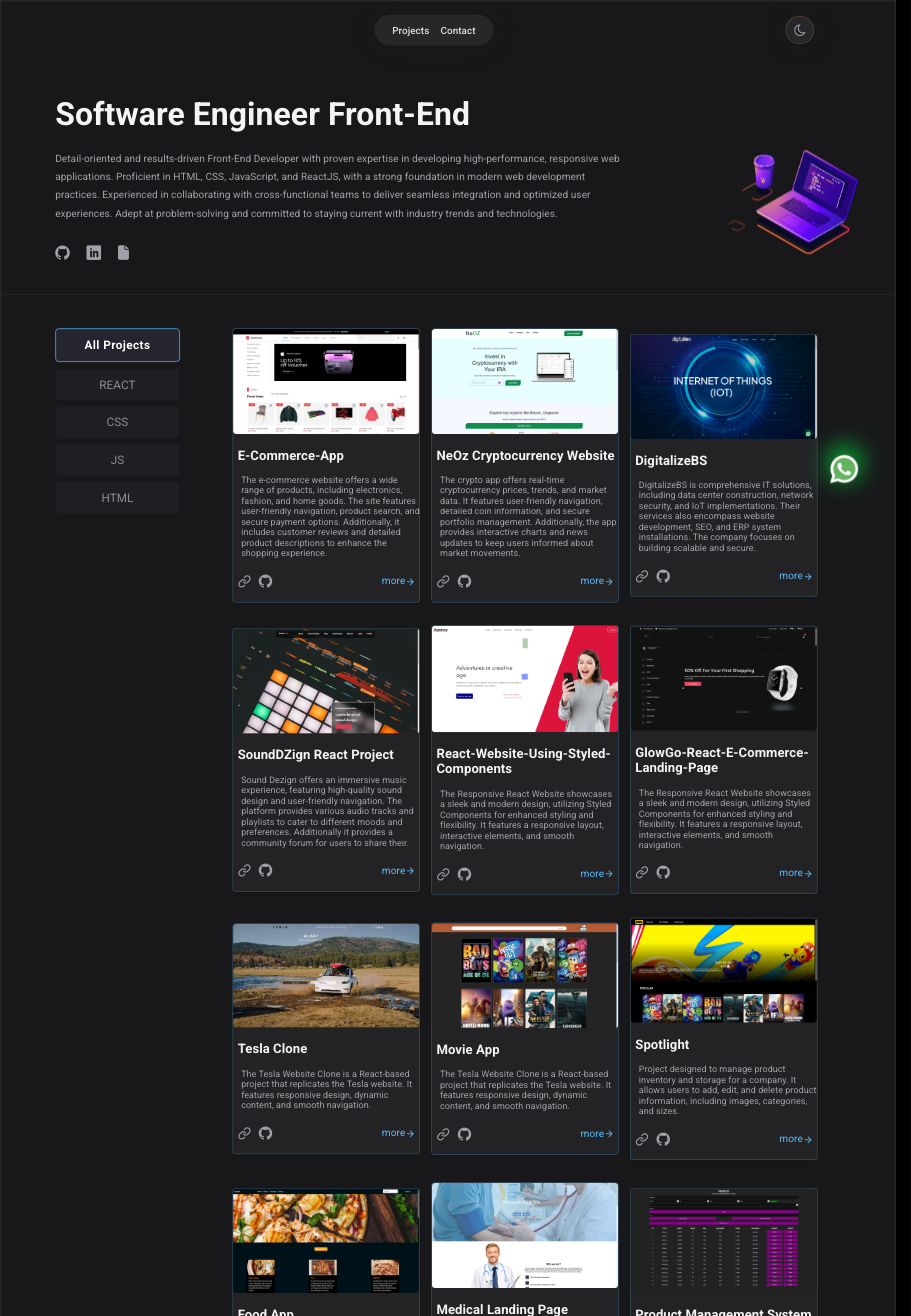
Repository: FadyFathey/portfolio-main
Page: /
These files come from the project's save history. The page is drawn as it stood at one moment and after the next save; the edit follows.
The browser window is 1280 px wide. The page is 1301 px wide, so the pictures cover 1301 px, including what lies to the right of the window. The pictures show the part of the page from y = 0 to 1880 px (the page is 2769 px tall before and 2772 px after), at 70% of full size.
The project was rebuilt for these pictures with package versions that can differ from the ones it lists, and the page was loaded fresh each time. Also part of the build but not shown: vite.config.js.

Above is the page before, as saved 2024-06-27 13:41:45.

### index.html
<!DOCTYPE html>
<html lang="en">

<head>
  <meta charset="UTF-8" />
  <link rel="icon" type="image/svg+xml" href="/me-modified.png" />
  <link rel="stylesheet" href="https://cdnjs.cloudflare.com/ajax/libs/font-awesome/6.5.2/css/all.min.css"
    integrity="sha512-SnH5WK+bZxgPHs44uWIX+LLJAJ9/2PkPKZ5QiAj6Ta86w+fsb2TkcmfRyVX3pBnMFcV7oQPJkl9QevSCWr3W6A=="
    crossorigin="anonymous" referrerpolicy="no-referrer" />
  <meta name="viewport" content="width=device-width, initial-scale=1.0" />
  <title>dev fady</title>
  <link rel="stylesheet" href="/style.css">
</head>

<body>
  <div id="root"></div>
  <script type="module" src="/src/main.jsx"></script>
</body>

</html>

### src/App.jsx
import Hero from "./components/2-hero/Hero";
import Header from "./components/1-header/Header";
import Main from "./components/3-main/Main";
import Contact from "./components/4-contact/Contact";
import Footer from "./components/5-footer/Footer";
import { useEffect, useState } from "react";

function App() {
  useEffect(() => {
    window.addEventListener("scroll", () => {
      if (window.scrollY > 300) {
        setshowScrollBTN(true);
      } else {
        setshowScrollBTN(false);
      }
    });
  }, []);

  const [showScrollBTN, setshowScrollBTN] = useState(false);
  return (
    <div id="up" className="container">
      <Header />
      <a href="https://web.whatsapp.com/send/?phone=201270644733&text&type=phone_number&app_absent=0" id="whatsapp-b"
        target="_blank" rel="noreferrer">
        <img src="../public/images/whatsapp-min.png" className="whats-img" />
      </a>
      <Hero />
      <div className="divider" />
      <Main />
      <div className="divider" />
      <Contact />
      <div className="divider" />
      <Footer />

      <button
        style={{ opacity: showScrollBTN ? 1 : 0, transition: "1s" }}
        className="icon-keyboard_arrow_up scroll2Top"
        onClick={() => window.scrollTo({ top: 0, behavior: 'smooth' })}
      >
        Up
      </button>
    </div>
  );
}

export default App;

### src/components/2-hero/Hero.jsx
import Lottie from "lottie-react";
import "./hero.css";
import devAnimation from "../../animation/dev.json";
import { useRef } from "react";
import { motion } from "framer-motion";

const Hero = () => {
  const lottieRef = useRef();

  return (
    <section className="hero flex">
      <div className="left-section  ">
        {/* <div className="parent-avatar flex">
          <motion.img
            initial={{ transform: "scale(0)" }}
            animate={{ transform: "scale(1.1)" }}
            transition={{ damping: 6, type: "spring", stiffness: 100 }}
            src="./me.jpg"
            className="avatar"
            alt=""
          />
          <div className="icon-verified"></div>
        </div> */}

        <motion.h1
          initial={{ opacity: 0 }}
          animate={{ opacity: 1 }}
          transition={{ duration: 2 }}
          className="title"
        >
          Software Engineer Front-End
        </motion.h1>

        <p className="sub-title">
        Detail-oriented and results-driven Front-End Developer with proven expertise in developing high-performance, responsive web applications. Proficient in HTML, CSS, JavaScript, and ReactJS,
        with a strong foundation in modern web development practices. Experienced in collaborating with cross-functional teams to deliver seamless integration and optimized user experiences.
        Adept at problem-solving and committed to staying current with industry trends and technologies.
        </p>

        <div className="all-icons flex">
        <a target="_blank" href="https://github.com/FadyFathey" rel="noreferrer">
        <div className="icon icon-github"></div></a>
        <a target="_blank" href="https://www.linkedin.com/in/fady-fathey-maher-72918916b/" rel="noreferrer"> <div className="icon icon-linkedin"></div></a>
        <i  className="fa-solid fa-file icon" ></i>
        </div>
      </div>

      <div className="right-section animation ">
        <Lottie
          lottieRef={lottieRef}
          className=""
          onLoadedImages={() => {
            // @ts-ignore
            // https://lottiereact.com/
            lottieRef.current.setSpeed(0.5);
          }}
          animationData={devAnimation}
        />
      </div>
    </section>
  );
};

export default Hero;

### src/components/1-header/Header.jsx
import { useEffect, useState } from "react";
import "./header.css";

const Header = () => {
  const [showModal, setshowModal] = useState(false);
  const [theme, setTheme] = useState(
    localStorage.getItem("currentMode") ?? "dark"
  );

  useEffect(() => {
    if (theme === "light") {
      document.body.classList.remove("dark");
      document.body.classList.add("light");
    } else {
      document.body.classList.remove("light");
      document.body.classList.add("dark");
    }
  }, [theme]);

  return (
    <header className="  flex">
      <button
        onClick={() => {
          setshowModal(true);
        }}
        className="menu icon-menu flex"
      >
        {" "}
      </button>
      <div />

      <nav>
        <ul className="flex">
          <li>
            <a href="#projects">Projects</a>
          </li>
          <li>
            <a href="#contact">Contact</a>
          </li>
        </ul>
      </nav>

      <button
        onClick={() => {
          // Send value to LS
          localStorage.setItem(
            "currentMode",
            theme === "dark" ? "light" : "dark"
          );

          // get value from LS
          setTheme(localStorage.getItem("currentMode"));
        }}
        className="mode flex"
      >
        {theme === "dark" ? (
          <span className="icon-moon-o"> </span>
        ) : (
          <span className="icon-sun"> </span>
        )}
      </button>

      {showModal && (
        <div className="fixed">
          <ul className="modal ">
            <li>
              <button
                className="icon-close"
                onClick={() => {
                  setshowModal(false);
                }}
              />
            </li>
            <li>
              <a href="#contact">Contact</a>
            </li>
            <li>
              <a href="#projects">Projects</a>
            </li>

          </ul>
        </div>
      )}
    </header>
  );
};

export default Header;

### src/components/4-contact/Contact.jsx
import "./contact.css";
import { useState } from "react";
import Lottie from "lottie-react";
import doneAnimation from "../../animation/done.json";
import contactAnimation from "../../animation/contact.json";

const Contact = () => {
  const [email, setEmail] = useState("");
  const [message, setMessage] = useState("");
  const [submitting, setSubmitting] = useState(false);
  const [succeeded, setSucceeded] = useState(false);

  const handleSubmit = (e) => {
    e.preventDefault();
    setSubmitting(true);

    const mailtoLink = `mailto:fadyfathymaher3@gmail.com?subject=Contact%20Form&body=Email:%20${encodeURIComponent(email)}%0AMessage:%20${encodeURIComponent(message)}`;
    window.location.href = mailtoLink;

    setSucceeded(true);
    setSubmitting(false);
  };

  return (
    <section className="contact-us" id="contact">
      <h1 className="title">
        <span className="icon-envelope"> </span>
        Contact Me
      </h1>
      <p className="sub-title">
        Get in touch with me
      </p>

      <div style={{ justifyContent: "space-between" }} className="flex">
        <form onSubmit={handleSubmit} className="">
          <div className="flex">
            <label htmlFor="email">Email Address:</label>
            <input
              autoComplete="off"
              required
              type="email"
              name="email"
              id="email"
              value={email}
              onChange={(e) => setEmail(e.target.value)}
            />
          </div>

          <div className="flex" style={{ marginTop: "24px" }}>
            <label htmlFor="message">Your message:</label>
            <textarea
              required
              name="message"
              id="message"
              value={message}
              onChange={(e) => setMessage(e.target.value)}
            ></textarea>
          </div>

          <button type="submit" disabled={submitting} className="submit">
            {submitting ? "Submitting ..." : "Submit"}
          </button>

          {succeeded && (
            <p
              className="flex"
              style={{ fontSize: "18px", marginTop: "1.7rem" }}
            >
              <Lottie
                loop={false}
                style={{ height: 37 }}
                animationData={doneAnimation}
              />
              Your message has been sent successfully 👌
            </p>
          )}
        </form>
        <div className="animation">
          <Lottie
            className="contact-animation"
            style={{ height: 355 }}
            animationData={contactAnimation}
          />
        </div>
      </div>
    </section>
  );
};

export default Contact;

### src/components/5-footer/Footer.jsx
import React from "react";
import "./footer.css";
const Footer = () => {
  return (
    <footer className="flex">
      <ul className="flex">
        <li>
          <a href="">About</a>
        </li>
        <li>
          <a href="">Projects</a>
        </li>
        <li>
          <a href="">Speaking</a>
        </li>
        <li>
          <a href="">Uses</a>
        </li>
      </ul>

      <p>© 2024 Spencer Sharp. All rights reserved.</p>
    </footer>
  );
};

export default Footer;

### src/components/2-hero/hero.css
/* ===========================
 table of contents
==============================
1. Left Section
2. Right Section ==> animation*/

section.hero {
  margin-top: 3rem;
}

/* ========================
    1. Left Section
=========================== */
section.hero .parent-avatar.flex {
  align-items: end;
  gap: 0.6rem;
  min-height: 88px;
}

section.hero .left-section {
  flex-grow: 1;
}

section.hero .icon-verified {
  color: var(--blue);
  font-size: 1.1rem;
  margin-bottom: 0.3rem;
}

section.hero .avatar {
  width: 88px;

  border-radius: 50%;
  border: 1px solid darkorange;
  padding: 1px;
  box-shadow: 2px 2px 40px rgba(203, 200, 200, 0.586) inset;
}

section.hero h1.title {
  font-size: 2.85rem;
  line-height: 3.3rem;
  margin: 24px 0;
  color: var(--title);
}

section.hero p.sub-title {
  color: var(--subtitle);
  font-size: 0.9rem;
  line-height: 1.65rem;
  margin-bottom: 32px;
}

section.hero .all-icons {
  font-size: 1.3rem;
  gap: 1.5rem;
  color: var(--subtitle);
}

section.hero .all-icons .icon:hover {
  font-size: 1.4rem;
  transition: 0.3s;
  cursor: pointer;
  color: var(--icon-hover);
}

/* ===================================
    2. Right Section ==> animation
====================================== */
section.hero .animation {
  width: 100%;
  translate: 100px 55px;
}

@media (max-width: 1250px) {
  section.hero .animation {
    display: none;
  }
}

### src/components/1-header/header.css
/* ===========================
 table of contents
==============================
1. Header Design
2. Button & icon
3- Modal == pop up
4- Responsive Design (media query)*/

/* ========================
    1. Header Design
=========================== */
header.flex {
  justify-content: space-between;
  padding: 0 2.4rem;
  margin-top: 1.2rem;
}

header.flex nav {
  background-color: var(--bgHeader);
  padding: 0.77rem 1.6rem;
  border-radius: 55px;
  box-shadow: 1px 1px 40px #2323242a;
}

header ul.flex {
  gap: 16px;
}

header ul li a {
  color: var(--title);
  opacity: 0.9;
  font-size: 0.88rem;
  font-weight: 500;
}

header ul li a:hover {
  color: var(--blue);
  opacity: 1;
  font-size: 0.9rem;
}

header button {
  font-size: 1.2rem;
}

header button.menu {
  display: none;
}

/* ========================
    2. Button & icon
=========================== */
header .icon-menu,
header button.mode {
  background-color: var(--bgHeader);
  height: 2.4rem;
  width: 2.4rem;
  border-radius: 50%;

  justify-content: center;
  text-align: center;

  color: var(--subtitle);
  border: 1px solid rgba(244, 165, 96, 0.249);
  transition: 0.2s;
  box-shadow: 1px 1px 40px rgba(35, 35, 36, 0.165);
}

header .icon-sun {
  color: rgb(255, 165, 0);
}

header .icon-menu:hover,
header button.mode:hover {
  color: var(--title);
  border: 1px solid rgb(244, 165, 96);
}

header .icon-close {
  font-size: 1.5rem;
  color: var(--subtitle);
  transition: 0.3s;
}

header .icon-close:hover {
  font-size: 1.7rem;
  color: crimson;
  rotate: 180deg;
}

/* ========================
    3- Modal == pop up
=========================== */
header .fixed {
  position: fixed;
  inset: 0;
  z-index: 11;
  background-color: rgba(40, 40, 48, 0.91);

  /* filter: blur(8px); */
  backdrop-filter: blur(4px);
}

@keyframes mymove {
  0% {
    scale: 0;
  }

  60% {
    scale: 1.2;
  }

  100% {
    scale: 1;
  }
}

header .fixed ul.modal {
  animation: mymove 0.77s 1;
  width: 75%;
margin-inline: auto;


  margin-top: 2rem;
  border-radius: 1rem;
  padding: 1rem 2rem;
  background-color: var(--secondary);
}

header .fixed ul.modal li {
  border-bottom: 1px solid var(--border);
  padding-bottom: 0.77rem;
  padding-top: 0.5rem;
}

header .fixed ul.modal li:first-child {
  text-align: right;
  border: none;
  padding-bottom: 0;
  padding-top: 0.2rem;
  margin-bottom: -1rem;
}

header .fixed ul.modal li:last-child {
  border: none;
}

header .fixed ul.modal li a {
  font-size: 1rem;
}

/* =====================================
  4- Responsive Design (media query)
======================================== */
@media (width < 700px) {
  header.flex nav {
    display: none;
  }

  header button.menu {
    display: block;
  }
}

### src/components/4-contact/contact.css
section.contact-us .icon-envelope {
  color: var(--subtitle);
  margin-right: 1rem;
  font-size: 1.8rem;
}

section.contact-us .title {
  font-size: 2.1rem;
  color: var(--title);
  margin-bottom: 1rem;
}

section.contact-us .sub-title {
  color: var(--subtitle);
  margin-bottom: 2rem;
  line-height: 1.65rem;
}

section.contact-us label {
  color: var(--subtitle);
}

section.contact-us #email,
section.contact-us #message {
  all: unset;
  background-color: rgba(63, 63, 70, 0.15);
  border: 1px solid rgb(63 63 70);
  width: 16rem;
  padding: 0.5rem 1rem;
  margin-left: 1rem;
  border-radius: 5px;
  transition: 0.3s;
  font-size: 1.1rem;
}

.light section.contact-us #email,
.light section.contact-us #message {
  background-color: rgba(255, 255, 255, 0.162);
  border: 1px solid rgba(128, 128, 128, 0.451);
  box-shadow: 1px 1px 1px rgba(73, 73, 75, 0.105);
  color: #232324;
}

section.contact-us #email:focus,
section.contact-us #message:focus,
section.contact-us #email:hover,
section.contact-us #message:hover {
  border: 1px solid rgb(45 212 191);
}

.light section.contact-us #email:focus,
.light section.contact-us #message:focus,
.light section.contact-us #email:hover,
.light section.contact-us #message:hover {
  border: 1px solid rgb(78, 80, 80);
}



section.contact-us #message {
  min-height: 9rem;
  resize: vertical;
}

section.contact-us .submit {
  background-color: rgba(36, 37, 46, 1);

  padding: 0.75rem 2rem;
  text-align: center;
  font-size: 1.05rem;
  text-transform: capitalize;

  border-radius: 5px;
  transition: 0.3s;
  margin-top: 1.8rem;
  border: 1px solid rgb(63 63 70);
}

section.contact-us .submit:hover {
  scale: 0.97;
}

/* =====================================
  3- Responsive Design (media query)
======================================== */


@media (max-width: 1250px) {
  section.contact-us  .contact-animation{display: none;}

}


@media (max-width: 600px) {
  section.contact-us .animation {
    display: none;
  }

  section.contact-us form {
    display: flex;
    flex-direction: column;
    width: 85%;
  }

  section.contact-us form div.flex {
    flex-direction: column;
    align-items: start;
  }

  section.contact-us #email,
  section.contact-us #message {
    width: 100%;
    margin-left: 0;
    padding: 0.7rem 0;
    margin-top: 1rem;
  }

  section.contact-us .submit {
    width: 30%;
    align-self: center;
  }
}

### src/components/5-footer/footer.css



footer.flex{
justify-content: space-between;
  padding-bottom: 1.9rem;
}

footer.flex ul{
  gap: 1rem;
}


footer.flex ul a{
  color: var(--subtitle);
  font-size: 0.9rem;
  font-weight: 400;
}


footer.flex ul a:hover{
  color: var(--blue);
  font-size: 1rem;
  font-weight: 500;
}


footer.flex p{
  color: rgb(113 113 122);
}




@media (max-width: 800px) {

  footer.flex{
    flex-direction: column;
    gap: 2rem;
    }



}

### public/style.css
@font-face {
  font-family: 'icomoon';
  src:  url('fonts/icomoon.eot?z3j4ry');
  src:  url('fonts/icomoon.eot?z3j4ry#iefix') format('embedded-opentype'),
    url('fonts/icomoon.ttf?z3j4ry') format('truetype'),
    url('fonts/icomoon.woff?z3j4ry') format('woff'),
    url('fonts/icomoon.svg?z3j4ry#icomoon') format('svg');
  font-weight: normal;
  font-style: normal;
  font-display: block;
}

[class^="icon-"], [class*=" icon-"] {
  /* use !important to prevent issues with browser extensions that change fonts */
  font-family: 'icomoon' !important;
  speak: never;
  font-style: normal;
  font-weight: normal;
  font-variant: normal;
  text-transform: none;
  line-height: 1;

  /* Better Font Rendering =========== */
  -webkit-font-smoothing: antialiased;
  -moz-osx-font-smoothing: grayscale;
}

.icon-arrow-right:before {
  content: "\e902";
}
.icon-link:before {
  content: "\e903";
}
.icon-keyboard_arrow_up:before {
  content: "\e904";
}
.icon-verified:before {
  content: "\e905";
}
.icon-close:before {
  content: "\f00d";
}
.icon-remove:before {
  content: "\f00d";
}
.icon-times:before {
  content: "\f00d";
}
.icon-twitter:before {
  content: "\f099";
}




.icon-envelope:before {
  content: "\f0e0";
}
.icon-instagram:before {
  content: "\f16d";
}
.icon-moon-o:before {
  content: "\f186";
}
.icon-menu:before {
  content: "\e901";
}



.icon-sun:before {
  content: "\e9d4";
}
.icon-github:before {
  content: "\eab0";
}
.icon-linkedin:before {
  content: "\eac9";
}

Loaded but not shown: src/main.jsx (common file); src/animation/dev.json (common file); src/animation/done.json (common file); src/animation/contact.json (common file); src/components/3-main/myProjects.js (98 lines, source omitted); src/index.css (326 lines, source omitted); src/components/3-main/main.css (160 lines, source omitted); src/components/3-main/Main.jsx (74 lines, source omitted)

After the next save:
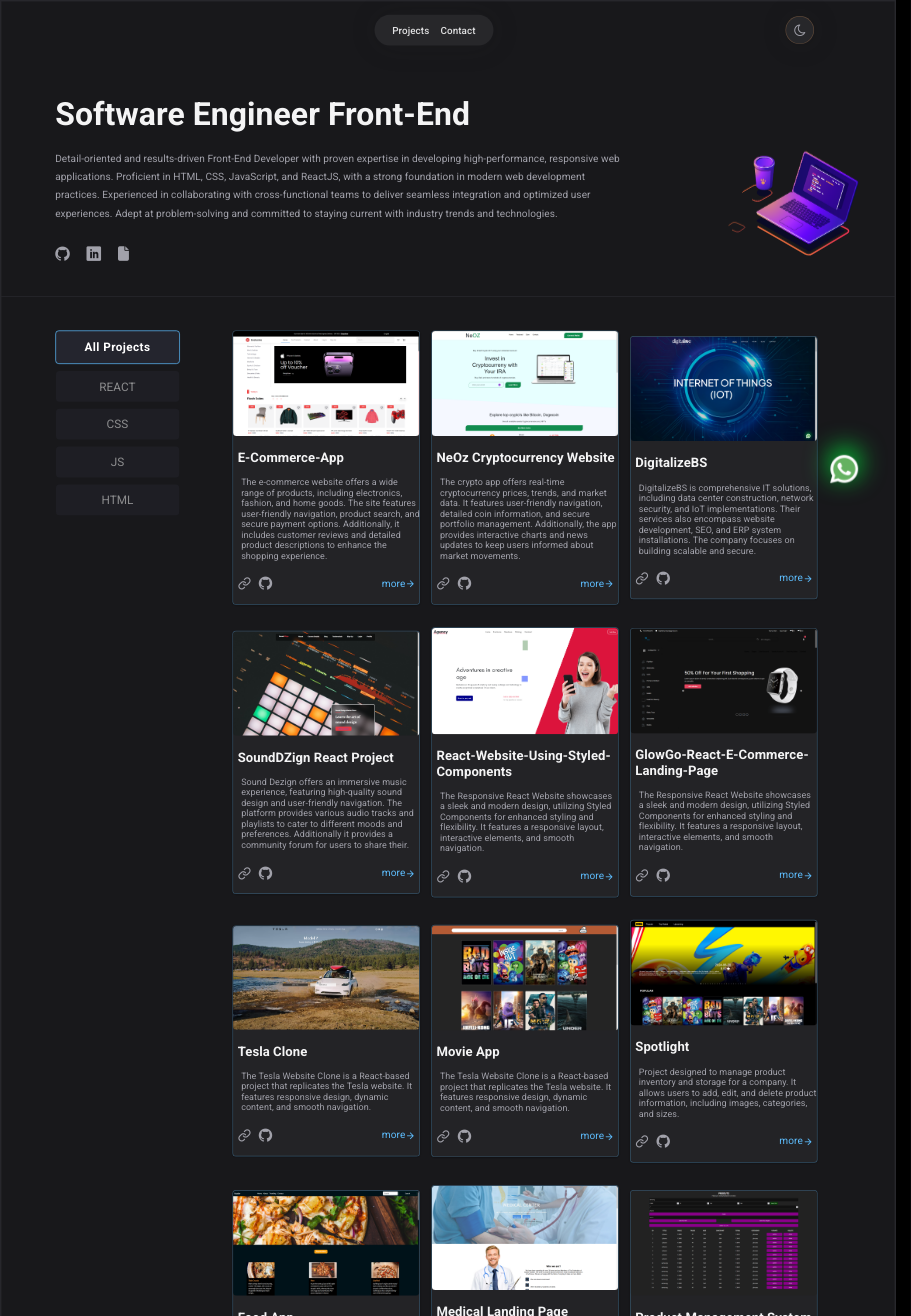
Saved 2 min 5 s later.
--- a/src/components/2-hero/Hero.jsx
+++ b/src/components/2-hero/Hero.jsx
@@ -9,7 +9,7 @@
 
   return (
     <section className="hero flex">
-      <div className="left-section  ">
+      <div className="left-section">
         {/* <div className="parent-avatar flex">
           <motion.img
             initial={{ transform: "scale(0)" }}
@@ -32,20 +32,25 @@
         </motion.h1>
 
         <p className="sub-title">
-        Detail-oriented and results-driven Front-End Developer with proven expertise in developing high-performance, responsive web applications. Proficient in HTML, CSS, JavaScript, and ReactJS,
-        with a strong foundation in modern web development practices. Experienced in collaborating with cross-functional teams to deliver seamless integration and optimized user experiences.
-        Adept at problem-solving and committed to staying current with industry trends and technologies.
+          Detail-oriented and results-driven Front-End Developer with proven expertise in developing high-performance, responsive web applications. Proficient in HTML, CSS, JavaScript, and ReactJS,
+          with a strong foundation in modern web development practices. Experienced in collaborating with cross-functional teams to deliver seamless integration and optimized user experiences.
+          Adept at problem-solving and committed to staying current with industry trends and technologies.
         </p>
 
         <div className="all-icons flex">
-        <a target="_blank" href="https://github.com/FadyFathey" rel="noreferrer">
-        <div className="icon icon-github"></div></a>
-        <a target="_blank" href="https://www.linkedin.com/in/fady-fathey-maher-72918916b/" rel="noreferrer"> <div className="icon icon-linkedin"></div></a>
-        <i  className="fa-solid fa-file icon" ></i>
+          <a target="_blank" href="https://github.com/FadyFathey" rel="noreferrer">
+            <div className="icon icon-github"></div>
+          </a>
+          <a target="_blank" href="https://www.linkedin.com/in/fady-fathey-maher-72918916b/" rel="noreferrer">
+            <div className="icon icon-linkedin"></div>
+          </a>
+          <a href="../../../public/Fady_Fathey_Maher_CV_Front-End.pdf" download>
+            <i className="fa-solid fa-file icon"></i>
+          </a>
         </div>
       </div>
 
-      <div className="right-section animation ">
+      <div className="right-section animation">
         <Lottie
           lottieRef={lottieRef}
           className=""
